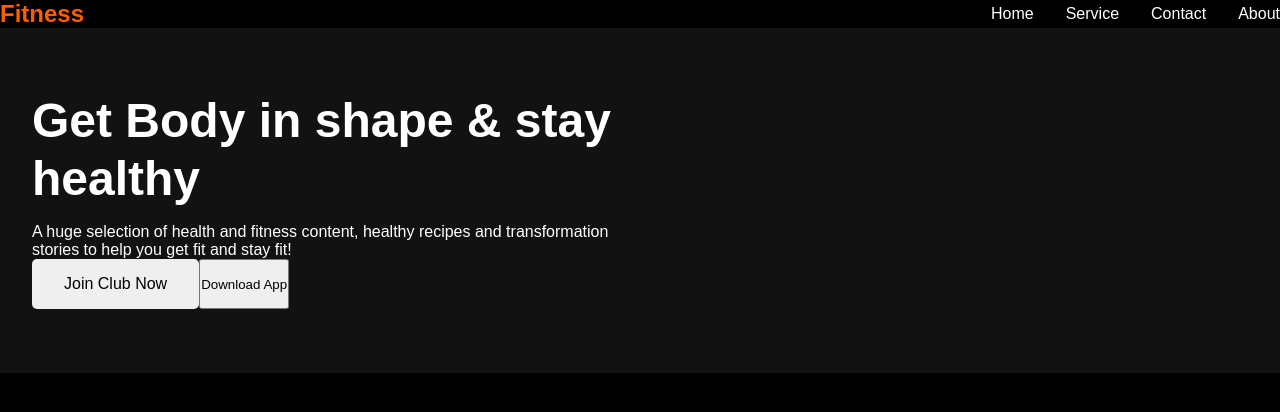
Repository: Aminul-Islam85/Assignment-2
Page: index.html
An editor plug-in stored every save of this project. The page is shown before and after the next save, followed by the edit.
The browser window is 1280 px wide. The pictures show the whole page.

Above is the page before, as saved 2024-10-23 15:21:30.

After the next save:
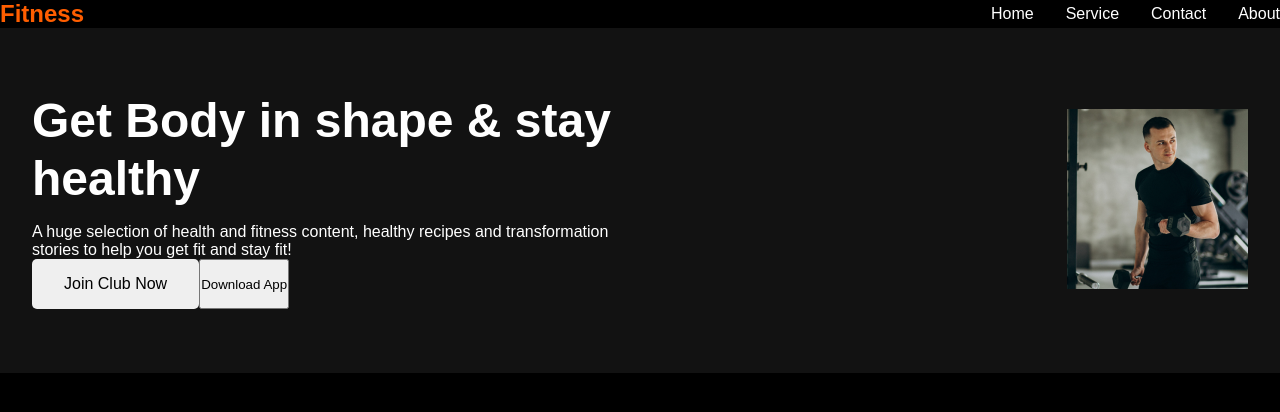
Saved 56 s later.
--- a/index.html
+++ b/index.html
@@ -33,7 +33,7 @@
             </div>
         </div>
         <div class="hero-image">
-            <img src="" alt="">
+            <img src="images/image 5.png" alt="">
         </div>
     </section>
 
